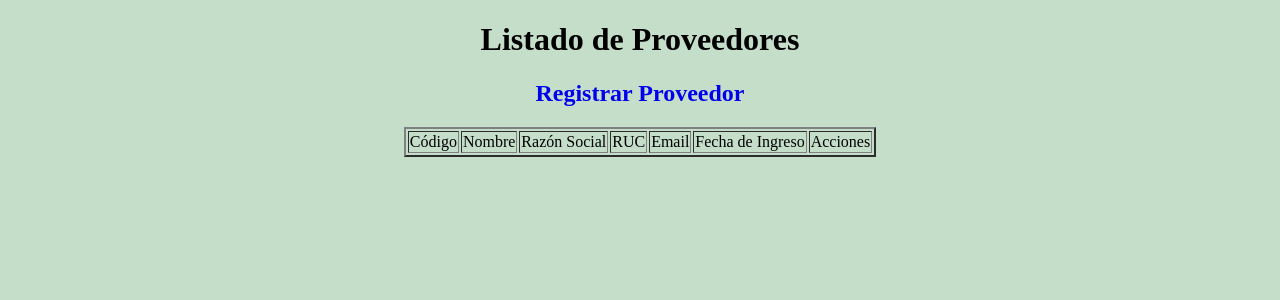
Repository: brian-05/T2
Page: http://localhost/LPII_CL2_ACUNACAMPOSBRIAN/MenuPrincipal.jsp
These files come from the project's save history. The page is drawn as it stood at one moment and after the next save; the edit follows.
The browser window is 1280 px wide. The pictures show the whole page.
The page is served by Tomcat 9. The template is opened directly, without the code that normally fills it, so the values that code supplies are empty.

Above is the page before, as saved 2025-02-09 09:09:01.

After the next save:
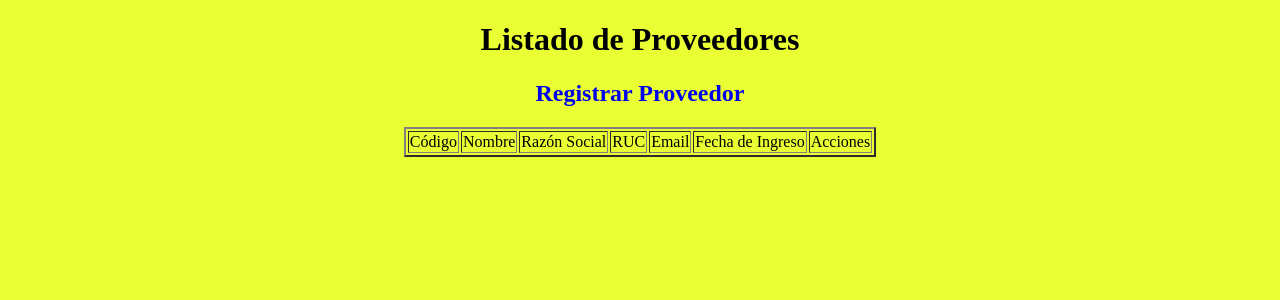
Saved 5 s later.
--- a/LPII_CL2_ACUNACAMPOSBRIAN/src/main/webapp/MenuPrincipal.jsp
+++ b/LPII_CL2_ACUNACAMPOSBRIAN/src/main/webapp/MenuPrincipal.jsp
@@ -9,7 +9,7 @@
 <meta http-equiv="Content-Type" content="text/html; charset=ISO-8859-1">
 <title>Listado de Proveedores</title>
 </head>
-<body bgcolor="#c5dec9">
+<body bgcolor="#e9ff33">
 <h1 align="center">Listado de Proveedores</h1>
 <h2 align="center">
     <a href="ControladorProveedor?accion=Registrar" style="text-decoration: none">Registrar Proveedor</a>
